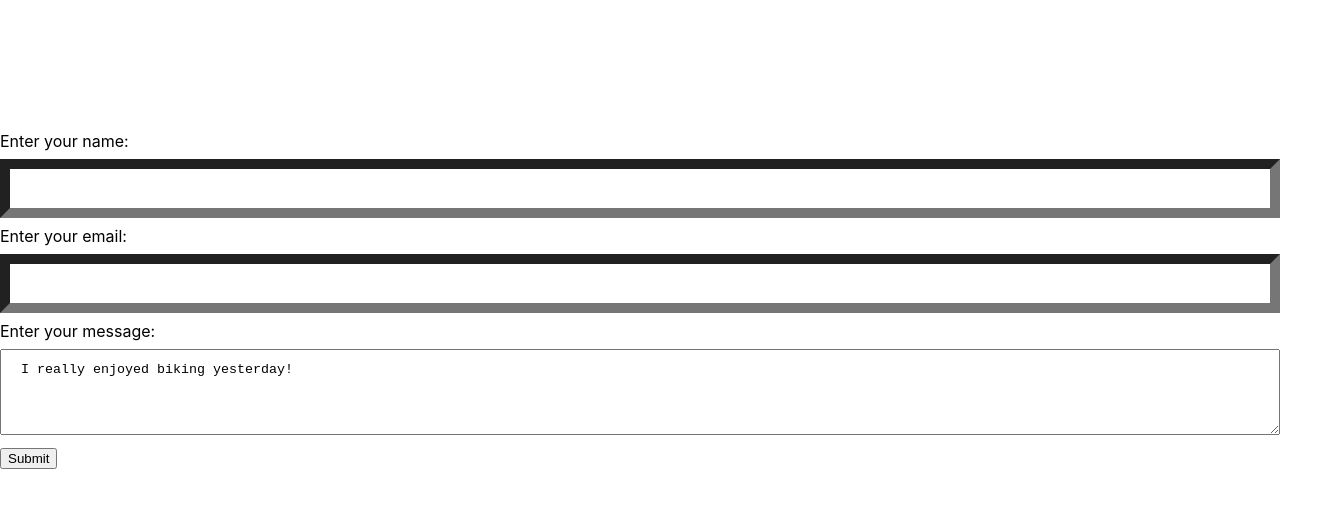
Repository: AddamVictorioDev/ProfileWebsite
Page: /form (app in con/)
An editor plug-in stored every save of this project. The page is shown before and after the next save, followed by the edit.
The browser window is 1280 px wide. The page is 1280 px wide, then 1340 px, so the pictures cover 1340 px, including what lies to the right of the window. The pictures show the whole page.
The project was rebuilt for these pictures with package versions that can differ from the ones it lists, and the page was loaded fresh each time. Also part of the build but not shown: con/src/App.css, con/src/home.css, con/src/home.js, con/src/addam.css, con/src/addam.js, con/src/usescripts.js, con/src/projects.js.

Above is the page before, as saved 2023-03-16 18:46:25.

### con/src/index.css
body {
  margin: 0;
  font-family: -apple-system, BlinkMacSystemFont, 'Segoe UI', 'Roboto', 'Oxygen',
    'Ubuntu', 'Cantarell', 'Fira Sans', 'Droid Sans', 'Helvetica Neue',
    sans-serif;
  -webkit-font-smoothing: antialiased;
  -moz-osx-font-smoothing: grayscale;
  /* background-image: url("/Users/addamvictorio/con/src/waterdropwallpp.jpg"); */
  /* background-color: #ffffff; */

}

code {
  font-family: source-code-pro, Menlo, Monaco, Consolas, 'Courier New',
    monospace;
}

### con/src/App.js
import logo from './logo.svg';
import './App.css';
import HomePage from './home';
import Addam from './addam';

import {
  BrowserRouter,
  Routes,
  Route
} from "react-router-dom";
import Projects from './projects';
import MyForm from './form';

function App() {

  return (

    <BrowserRouter>
      <Routes>


      <Route exact path="/" element={<Addam />}  />
      <Route path="projects" element={<Projects />} />
      <Route path="form" element={<MyForm />} />

      </Routes>


  </BrowserRouter>

  );
}

export default App;

### con/src/form.js
import { useState } from 'react';
import ReactDOM from 'react-dom/client';
import './form.css'

function MyForm() {
  const [inputs, setInputs] = useState({});
  const [textarea, setTextarea] = useState(
    "The content of a textarea goes in the value attribute"
  );

  const handleChange = (event) => {
    const name = event.target.name;
    const value = event.target.value;
    setInputs(values => ({...values, [name]: value}))
  }

  const handleSubmit = (event) => {
    event.preventDefault();
    alert(inputs);
  }

  return (
    <div className="center">
    <form onSubmit={handleSubmit}>
      <label>Enter your name:
      <input
        type="text"
        name="username"
        value={inputs.username || ""}
        onChange={handleChange}
      />
      </label>
      <label>Enter your email:
        <input
          type="text"
          name="age"
          value={inputs.age || ""}
          onChange={handleChange}
        />
        </label>
        <label>Enter your message:
        <textarea
        name="postContent"
        defaultValue="I really enjoyed biking yesterday!"
        rows={4}
        cols={40}
      />
        </label>

        <input type="submit" />
    </form>
    </div>
  )
}

export default MyForm;

### con/src/projects.css
.center{
    display: grid;
    justify-content: center;
    align-items: center;


}
.photo-grid {
    display: flex;
    height: 100%;

    border-radius: 10px;
    border-color: black;

    flex-wrap: wrap;
    justify-content: center;
    align-items: center;
    gap: 10px;
    background-color: blueviolet;
  }

  .photo-item {
    height: 100%;


    position: relative;




    overflow: auto;
  }

  img {
    width: 100%;
    height: 100%;


    object-fit: cover;
  }
  .img-text {
    position: absolute;
    width: 100%;
    bottom: 10px;

    color: white;
    background-color: rgb(199, 6, 6);
    padding: 10px;
  }

### con/src/form.css

.container{
    justify-content: center;
    align-items:center;
    background-color: aquamarine;
}

.center{
    display: grid;
    place-items: center;
    height: 600px;

}




input[type=text] {

    width: 100%;
    padding: 12px 20px;
    margin: 8px 0;
    box-sizing: border-box;
    border-width: 10px;
  }
  textarea {

    width: 100%;
    padding: 12px 20px;
    margin: 8px 0;
    box-sizing: border-box;
  }

Loaded but not shown: con/public/index.html (common file); con/src/index.js (common file); con/src/reportWebVitals.js (common file)

After the next save:
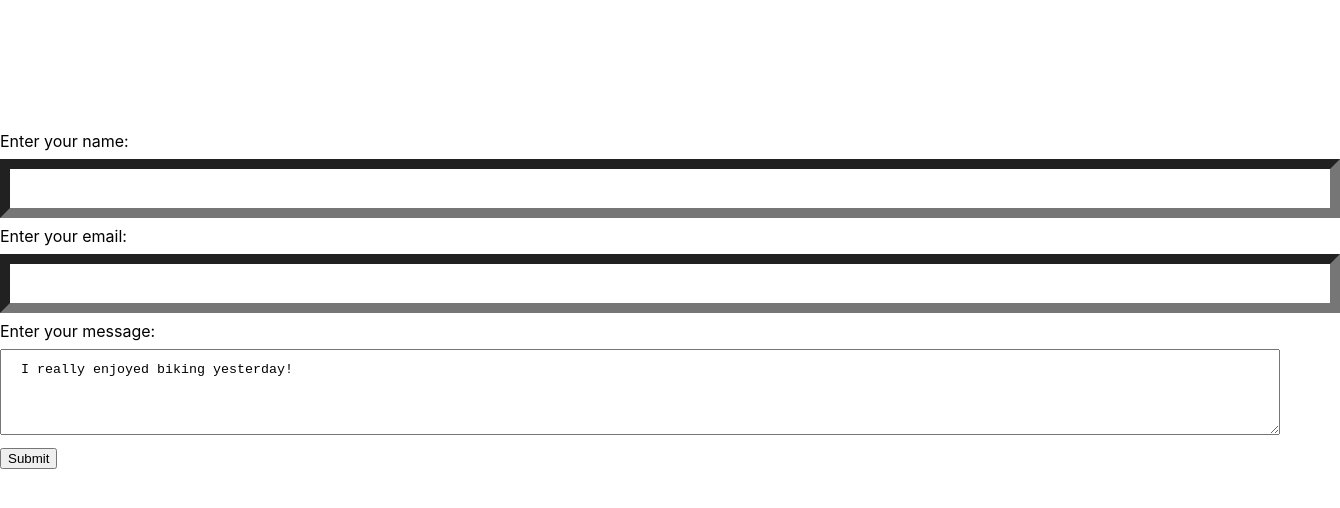
Saved 27 s later.
--- a/con/src/form.css
+++ b/con/src/form.css
@@ -20,7 +20,7 @@ input[type=text] {
     width: 100%;
     padding: 12px 20px;
     margin: 8px 0;
-    box-sizing: border-box;
+    box-sizing: content-box;
     border-width: 10px;
   }
   textarea {
